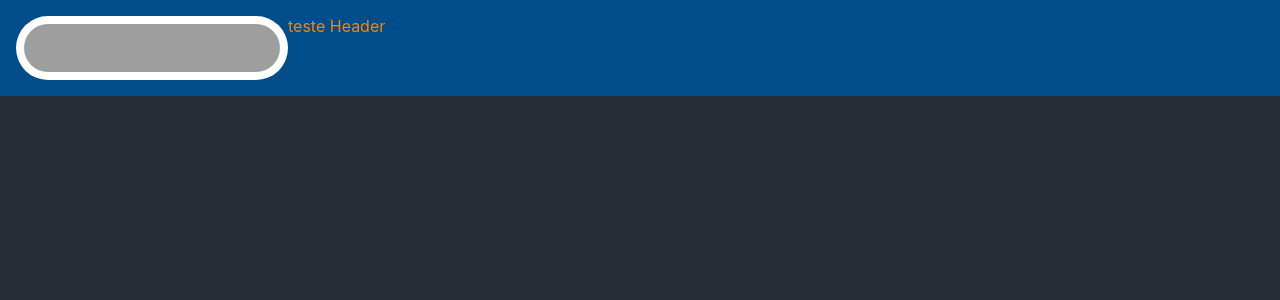
Repository: K0slov/testeAPI
Page: /
These files come from the project's save history. The page is drawn as it stood at one moment and after the next save; the edit follows.
The browser window is 1280 px wide. The pictures show the whole page.
Pictures or frames that could not be fetched are drawn as grey boxes. The project was rebuilt for these pictures with package versions that can differ from the ones it lists, and the page was loaded fresh each time. Also part of the build but not shown: vite.config.ts.

Above is the page before, as saved 2022-06-27 14:32:55.

### src/App.tsx
import { Header } from "./components/Header/header"


function App() {
  return (
    <Header />
  )
}

export default App

### src/styles/global.css
body {
  margin: 0;
  font-family: -apple-system, 'Roboto', sans-serif;
  -webkit-font-smoothing: antialiased;
  -moz-osx-font-smoothing: grayscale;
  background-color: #282c34;
  color: white;
}

code {
  font-family: source-code-pro, Menlo, Monaco, Consolas, 'Courier New',
    monospace;
}

### src/components/Header/header.tsx
import React from "react";
import './style.modeule.css'
import image from '../../assets/logoAmarelo.png'

export function Header() {
    return(
        <header>
            <img src={image} />
            teste Header
        </header>
    )
}

### src/components/Header/style.modeule.css
header{
    padding: 1rem;
    background-color: #004d8b;
    display: flex;
    align-itens: center;
    color: #fd8402;
}

img{
    width: 16rem;
    height: 3rem;
    background: white;
    border-radius: 4rem;
    padding: 0.5rem;
}

Loaded but not shown: index.html (common file); src/main.tsx (common file)

After the next save:
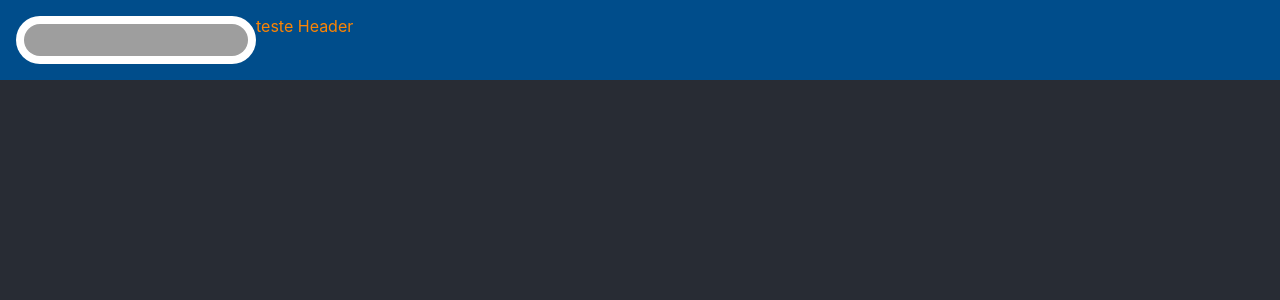
Saved 20 s later.
--- a/src/components/Header/style.modeule.css
+++ b/src/components/Header/style.modeule.css
@@ -7,8 +7,8 @@ header{
 }
 
 img{
-    width: 16rem;
-    height: 3rem;
+    width: 14rem;
+    height: 2rem;
     background: white;
     border-radius: 4rem;
     padding: 0.5rem;
